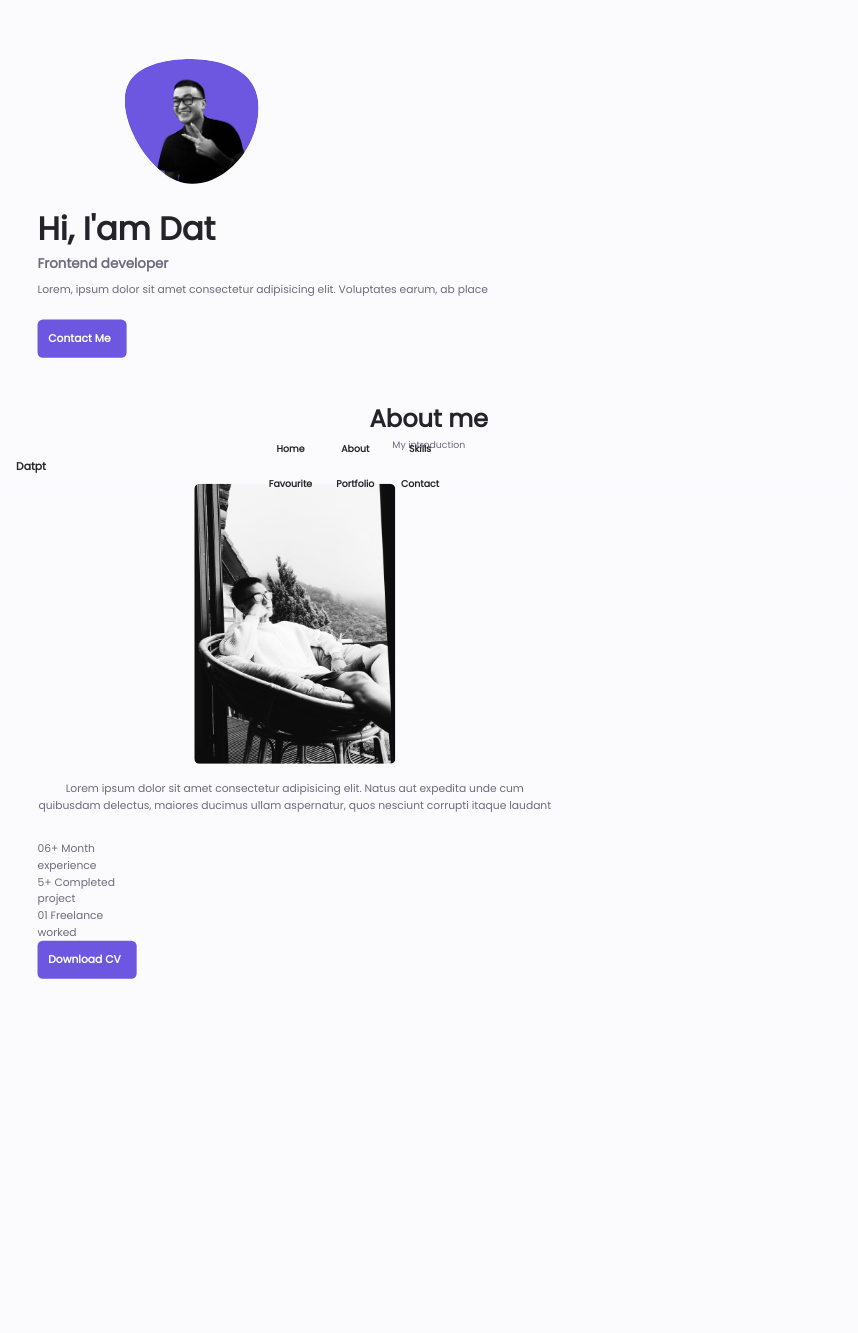
Repository: Datt21/portfolio
Page: index.html
The author's editor kept a copy of each file at every save. The page is drawn from the files as they stood at one save, then again after the next save.
The browser window is 1280 px wide. The pictures show the whole page, at 67% of full size.
Some icons come from a web library that is not loaded, so they are not drawn.

Above is the page before, as saved 2021-07-10 16:40:15.

After the next save:
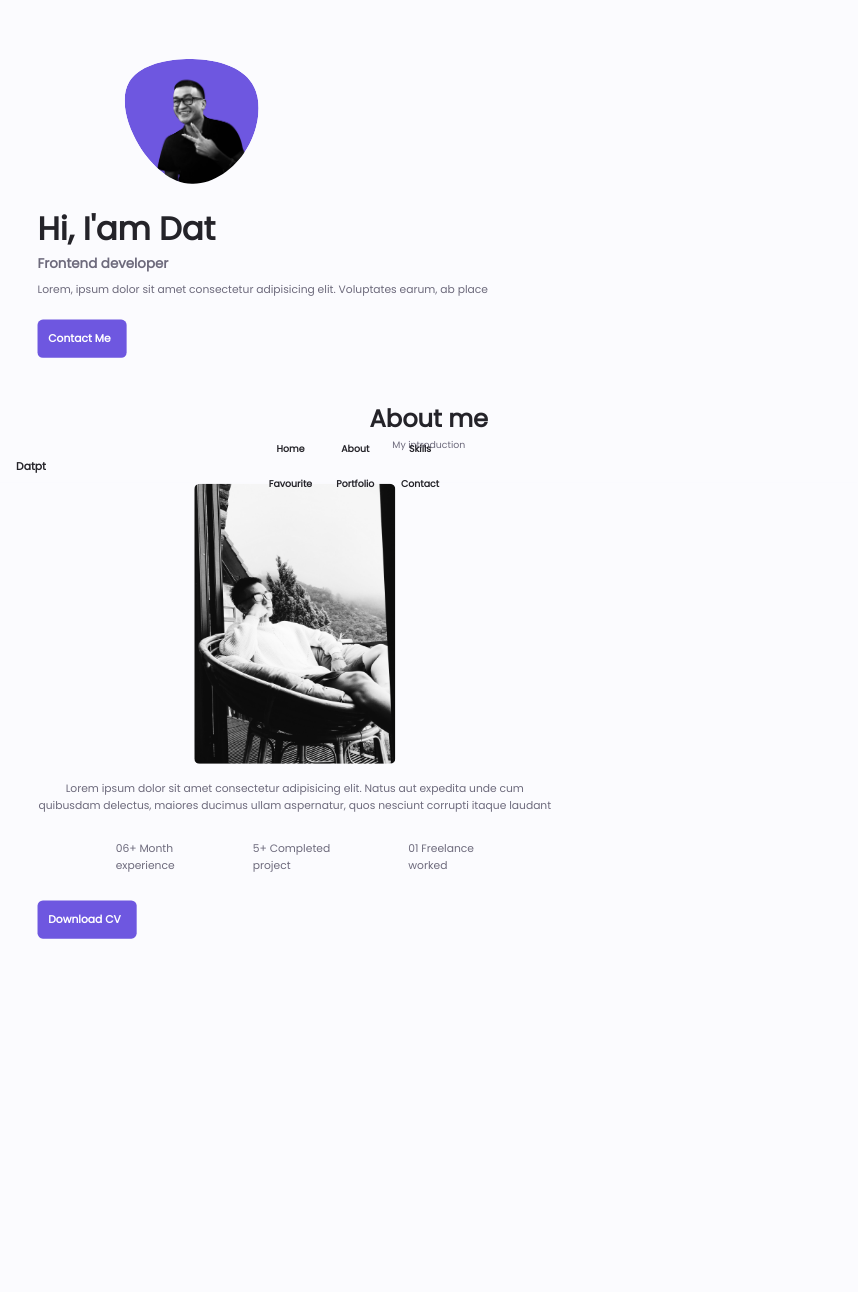
Saved 32 s later.
--- a/Css/style.css
+++ b/Css/style.css
@@ -349,6 +349,12 @@ img{
     text-align: center;
     margin-bottom: var(--mb-2-5);
 }
+
+.about__info{
+    display: flex;
+    justify-content: space-evenly;
+    margin-bottom: var(--mb-2-5);
+}
 /*==================== SKILLS ====================*/
 
 
